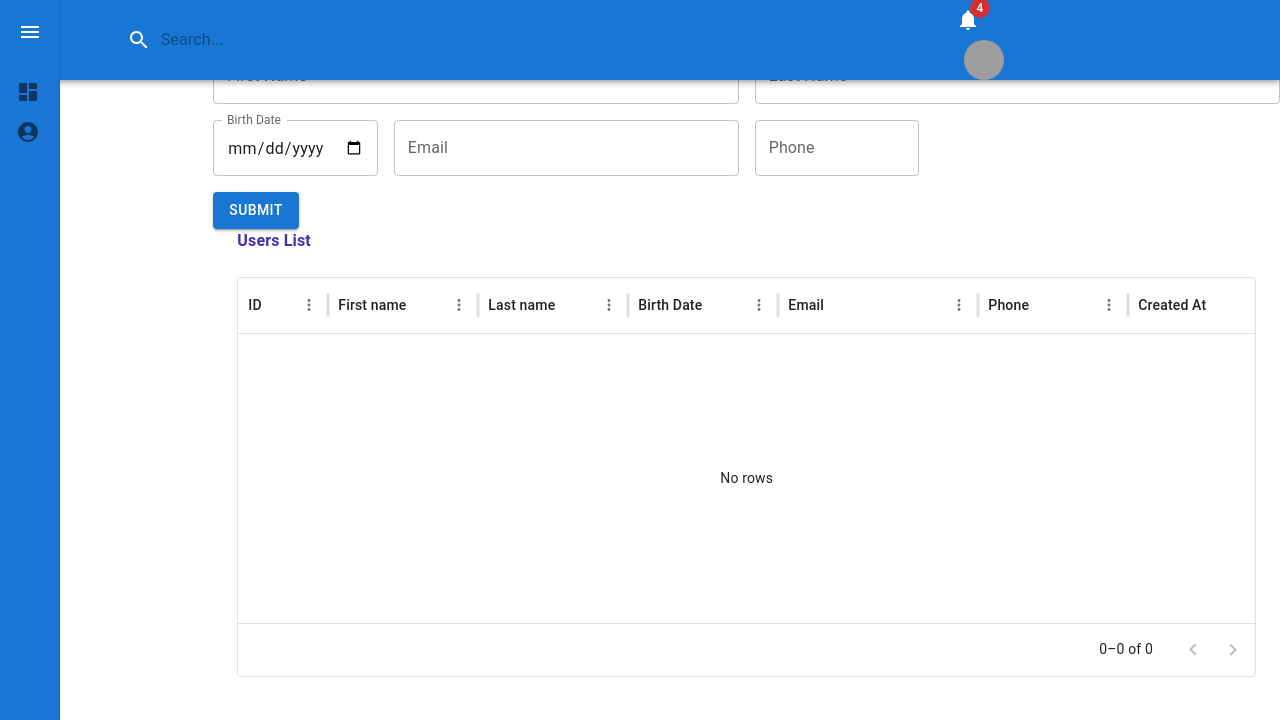
Repository: lenx0/front-client-manager
Page: /
The author's editor kept a copy of each file at every save. The page is drawn from the files as they stood at one save, then again after the next save.
The browser window is 1280 px wide. The pictures show the whole page.
Pictures or frames that could not be fetched are drawn as grey boxes. The page's requests for data from a server got no answer. The project was rebuilt for these pictures with package versions that can differ from the ones it lists, and the page was loaded fresh each time. No one was signed in, and anything a server would have sent is missing. Also part of the build but not shown: vite.config.js, src/App.css.

Above is the page before, as saved 2024-06-25 13:12:16.

### index.html
<!doctype html>
<html lang="en">
  <head>
    <meta charset="UTF-8" />
    <meta name="viewport" content="width=device-width, initial-scale=1.0" />
    <title>Client Manager</title>
  </head>
  <body>
    <div id="root"></div>
    <script type="module" src="/src/main.jsx"></script>
  </body>
</html>

### src/App.jsx
import { Box, Grid } from '@mui/material'
import './App.css'
import UserForm from './components/UserForm'
import UserList from './components/UserList'
import Header from './components/Layout/Header'
import Sidebar from './components/Layout/Sidebar'

function App() {

  return (
    <Grid container>
      <Grid item xs={12}>
        <Header />
      </Grid>
      <Grid item xs={2}>
        <Sidebar />
      </Grid>
      <Grid item xs={10}>
        <UserForm />
        <UserList />
      </Grid>
    </Grid>
  )
}

export default App

### src/components/UserForm.jsx
import React from 'react';
import { useForm } from 'react-hook-form';
import CustomInput from './CustomInput';
import { Button, Grid, Typography } from '@mui/material';
import axios from 'axios';

const UserForm = () => {
  const { handleSubmit, control, reset } = useForm();

  const onSubmit = async (data) => {
    try {
      const response = await axios.post('http://localhost:3100/v1/users/create', data);
      console.log('Dados enviados com sucesso:', response.data);
      reset();
    } catch (error) {
      console.error('Erro ao enviar dados:', error);
    }
  };

  return (
    <Grid container direction="column" xs={12}>
      <Typography fontWeight={700} pb={3} color="#492cb3">
        General Details
      </Typography>
      <form onSubmit={handleSubmit(onSubmit)}>
        <Grid container spacing={2}>
          <Grid item xs={6}>
            <CustomInput
              name="firstName"
              control={control}
              label="First Name"
              rules={{ required: 'First name is required' }}
            />
          </Grid>
          <Grid item xs={6}>
            <CustomInput
              name="lastName"
              control={control}
              label="Last Name"
              rules={{ required: 'Last name is required' }}
            />
          </Grid>
          <Grid item xs={2}>
            <CustomInput
              name="birthDate"
              control={control}
              label="Birth Date"
              placeHolder="none"
              type="date"
              rules={{ required: 'Birth date is required' }}
              defaultValue=""
            />
          </Grid>
          <Grid item xs={4}>
            <CustomInput
              name="email"
              control={control}
              label="Email"
              type="email"
              rules={{
                required: 'Email is required',
                pattern: {
                  value: /^[a-zA-Z0-9_.+-]+@[a-zA-Z0-9-]+\.[a-zA-Z0-9-.]+$/,
                  message: 'Enter a valid email address',
                },
              }}
            />
          </Grid>
          <Grid item xs={2}>
            <CustomInput
              name="phone"
              control={control}
              label="Phone"
              rules={{ required: 'Phone number is required' }}
            />
          </Grid>
          <Grid item xs={12}>
            <Button type="submit" variant="contained" color="primary">
              Submit
            </Button>
          </Grid>
        </Grid>
      </form>
    </Grid>
  );
};

export default UserForm;

### src/components/UserList/index.jsx
import React, { useState, useEffect } from 'react';
import { DataGrid } from '@mui/x-data-grid';
import axios from 'axios';
import { Box, Container, Typography } from '@mui/material';

const UserList = () => {
  const [users, setUsers] = useState([]);
  const [loading, setLoading] = useState(true);

  useEffect(() => {
    const fetchUsers = async () => {
      try {
        const response = await axios.get('http://localhost:3100/v1/users/list');
        setUsers(response.data);
        setLoading(false);
      } catch (error) {
        console.error('Erro ao buscar usuários:', error);
        setLoading(false);
      }
    };

    fetchUsers();
  }, []);

  const columns = [
    { field: 'id', headerName: 'ID', width: 90 },
    { field: 'firstName', headerName: 'First name', width: 150 },
    { field: 'lastName', headerName: 'Last name', width: 150 },
    { field: 'birthDate', headerName: 'Birth Date', width: 150 },
    { field: 'email', headerName: 'Email', width: 200 },
    { field: 'phone', headerName: 'Phone', width: 150 },
    { field: 'moment', headerName: 'Created At', width: 180 },
  ];

  const rows = users.map((user, index) => ({
    id: index + 1,
    ...user,
  }));

  return (
    <Container>
      <Typography fontWeight={700} pb={3} color="#492cb3">Users List</Typography>
      <Box style={{ height: 400, width: '100%' }}>
        <DataGrid
          rows={rows}
          columns={columns}
          pageSize={5}
          rowsPerPageOptions={[5]}
          loading={loading}
          pagination
          paginationMode="client"
          initialState={{
            pagination: {
              paginationModel: { page: 1, pageSize: 5 }
            },
            sorting: {
              sortModel: [{ field: 'orderDate', sort: 'desc' }]
            }
          }}
        />
      </Box>
    </Container>
  );
};

export default UserList;

### src/components/Layout/Header.jsx
import React from 'react';
import { AppBar, Toolbar, Typography, InputBase, IconButton, Badge, Avatar, Grid } from '@mui/material';
import { Menu as MenuIcon, Search as SearchIcon, Notifications as NotificationsIcon, AccountCircle as AccountCircleIcon } from '@mui/icons-material';

const Header = () => {
  return (
    <AppBar position="fixed" sx={{ bgcolor: 'primary.main' }}>
      <Toolbar>
        <Grid container alignItems="center">
          <Grid item xs={1}>
            <IconButton
              size="large"
              edge="start"
              color="inherit"
              aria-label="open drawer"
            >
              <MenuIcon />
            </IconButton>
          </Grid>
          {/* <Grid item xs={2}>
            <Typography variant="h6" noWrap>
              Logo
            </Typography>
          </Grid> */}
          <Grid item xs={8}>
            <div style={{ display: 'flex', alignItems: 'center' }}>
              <SearchIcon style={{ marginRight: '10px' }} />
              <InputBase
                placeholder="Search..."
                inputProps={{ 'aria-label': 'search' }}
                fullWidth
              />
            </div>
          </Grid>
          <Grid item xs={1}>
            <IconButton color="inherit">
              <Badge badgeContent={4} color="error">
                <NotificationsIcon />
              </Badge>
            </IconButton>
            <Avatar alt="User Avatar" src="/avatar.jpg" sx={{ ml: 2 }} />
          </Grid>
        </Grid>
      </Toolbar>
    </AppBar>
  );
};

export default Header;

### src/components/Layout/Sidebar.jsx
import React, { useState } from 'react';
import { Drawer, List, ListItem, ListItemIcon, ListItemText, IconButton } from '@mui/material';
import { Dashboard as DashboardIcon, AccountCircle as AccountCircleIcon, Menu as MenuIcon } from '@mui/icons-material';

const Sidebar = () => {
    const [open, setOpen] = useState(false);

    const toggleDrawer = () => {
        setOpen(!open);
    };

    const handleListItemClick = () => {
        setOpen(true); // Expande o Drawer ao clicar em qualquer item da lista
    };

    return (
        <Drawer
            variant="permanent"
            sx={{
                width: open ? 240 : 60,
                flexShrink: 0,
                '& .MuiDrawer-paper': {
                    width: open ? 240 : 60,
                    boxSizing: 'border-box',
                    transition: 'width 0.3s ease-in-out',
                    bgcolor: 'primary.main',
                    color: 'white',
                },
            }}
        >
            <div style={{ display: 'flex', justifyContent: 'center', alignItems: 'center', height: '64px' }}>
                <IconButton onClick={toggleDrawer} sx={{ color: 'white' }}>
                    <MenuIcon />
                </IconButton>
            </div>
            <List>
                <ListItem button onClick={handleListItemClick}>
                    <ListItemIcon>
                        <DashboardIcon />
                    </ListItemIcon>
                    {open && <ListItemText primary="Dashboard" />}
                </ListItem>
                <ListItem button onClick={handleListItemClick}>
                    <ListItemIcon>
                        <AccountCircleIcon />
                    </ListItemIcon>
                    {open && <ListItemText primary="Profile" />}
                </ListItem>
            </List>
        </Drawer>
    );
};

export default Sidebar;

### src/components/CustomInput.jsx
import React from 'react';
import { Controller } from 'react-hook-form';
import TextField from '@mui/material/TextField';

const CustomInput = ({ name, control, label, type = 'text', rules, defaultValue = '' }) => {
  return (
    <Controller
      name={name}
      control={control}
      defaultValue={defaultValue}
      rules={rules}
      render={({ field, fieldState: { error } }) => (
        <TextField
          {...field}
          label={label}
          type={type}
          error={!!error}
          helperText={error ? error.message : null}
          variant="outlined"
          InputLabelProps={type === 'date' ? { shrink: true } : {}}
          fullWidth
        />
      )}
    />
  );
};

export default CustomInput;

Loaded but not shown: src/main.jsx (common file); src/index.css (common file)

After the next save:
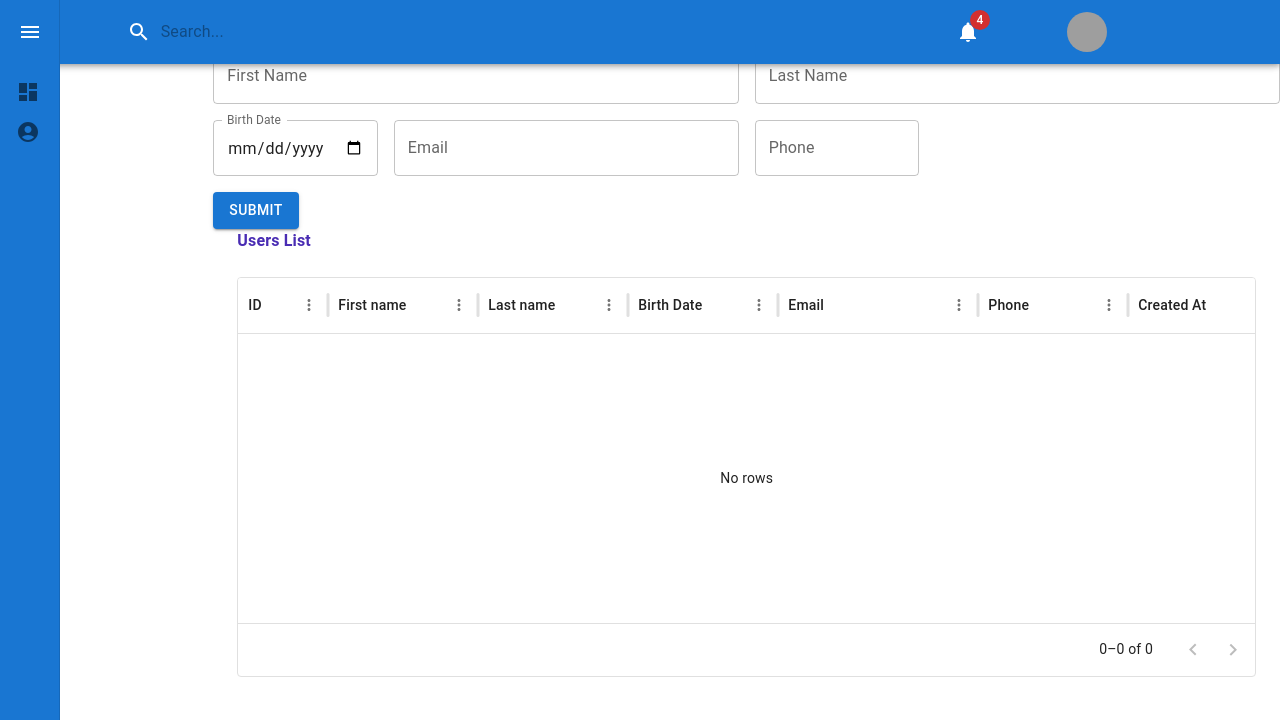
Saved 54 s later.
--- a/src/components/Layout/Header.jsx
+++ b/src/components/Layout/Header.jsx
@@ -1,5 +1,5 @@
 import React from 'react';
-import { AppBar, Toolbar, Typography, InputBase, IconButton, Badge, Avatar, Grid } from '@mui/material';
+import { AppBar, Toolbar, InputBase, IconButton, Badge, Avatar, Grid } from '@mui/material';
 import { Menu as MenuIcon, Search as SearchIcon, Notifications as NotificationsIcon, AccountCircle as AccountCircleIcon } from '@mui/icons-material';
 
 const Header = () => {
@@ -17,11 +17,6 @@ const Header = () => {
               <MenuIcon />
             </IconButton>
           </Grid>
-          {/* <Grid item xs={2}>
-            <Typography variant="h6" noWrap>
-              Logo
-            </Typography>
-          </Grid> */}
           <Grid item xs={8}>
             <div style={{ display: 'flex', alignItems: 'center' }}>
               <SearchIcon style={{ marginRight: '10px' }} />
@@ -38,6 +33,8 @@ const Header = () => {
                 <NotificationsIcon />
               </Badge>
             </IconButton>
+          </Grid>
+          <Grid item xs={1}>
             <Avatar alt="User Avatar" src="/avatar.jpg" sx={{ ml: 2 }} />
           </Grid>
         </Grid>
